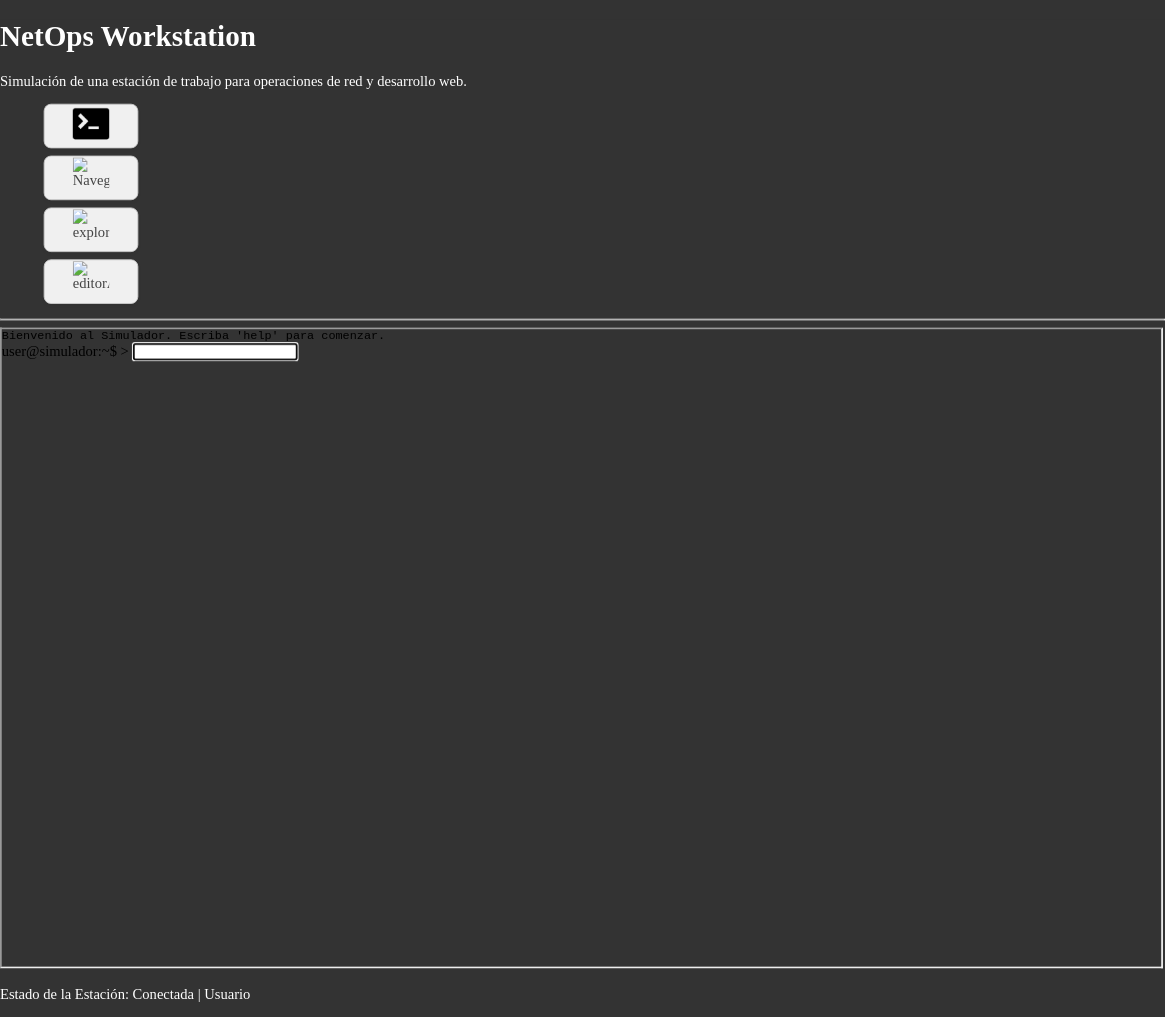
Repository: ValdezGalia/ProgramacionWebUcab
Page: lan-01.html
The author's editor kept a copy of each file at every save. The page is drawn from the files as they stood at one save, then again after the next save.
The browser window is 1280 px wide. The pictures show the whole page, at 91% of full size.

Above is the page before, as saved 2025-11-13 16:27:16.

After the next save:
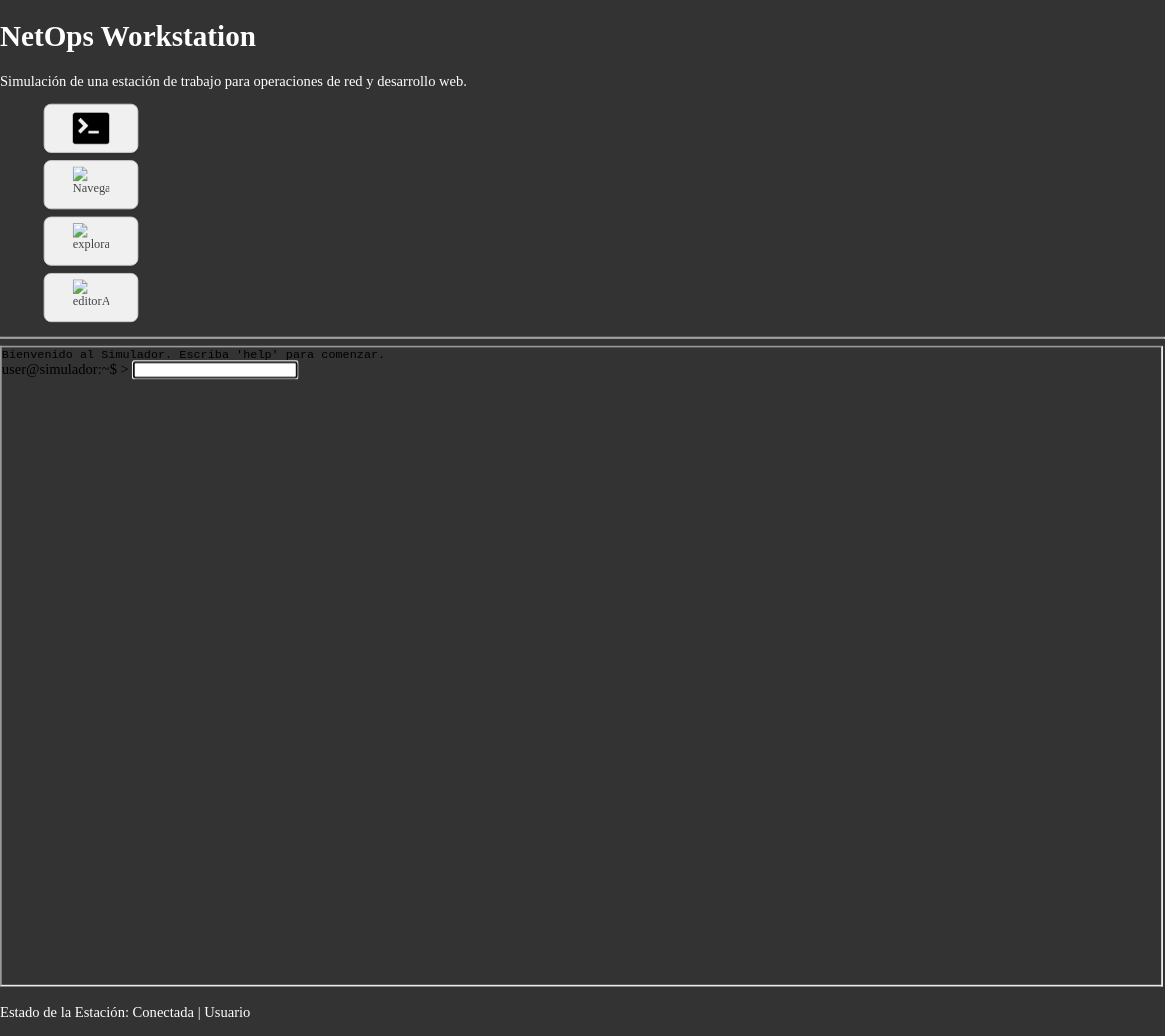
Saved 49 s later.
--- a/style/lan-01.css
+++ b/style/lan-01.css
@@ -39,7 +39,7 @@ nav ul li a .app-icon {
 }
 
 /* Estilos para el Texto (la etiqueta) */
-nav ul li a span {
+nav ul li a img {
     font-size: 0.85em; /* Fuente pequeña para la etiqueta */
     font-weight: 500;
     margin-top: 5px;
